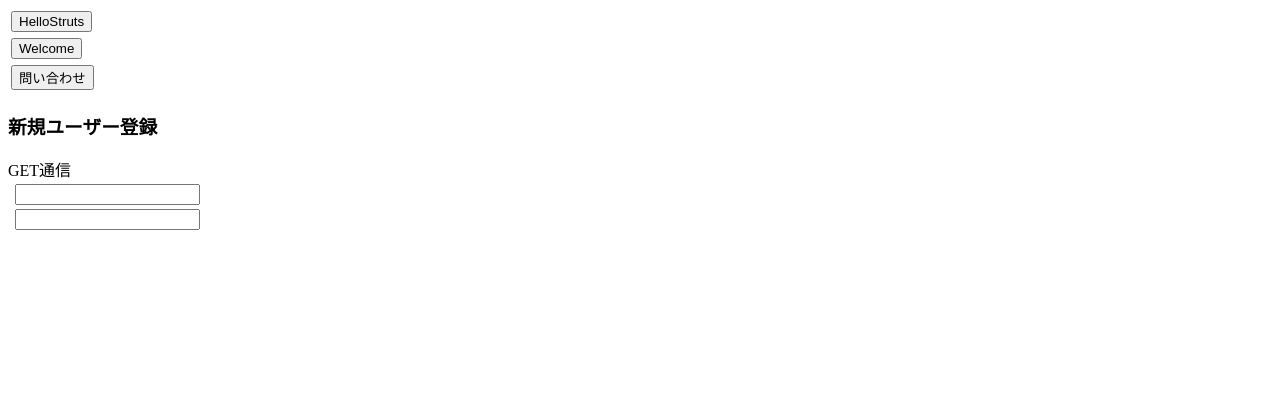
Repository: kazutoshiyamamoto0909/test
Page: http://localhost/WebProj2/
The author's editor kept a copy of each file at every save. The page is drawn from the files as they stood at one save, then again after the next save.
The browser window is 1280 px wide. The pictures show the whole page.
The page is served by Tomcat 9. Other server files are loaded and not shown.

Above is the page before, as saved 2018-08-31 02:41:25.

### WebProj2/WebContent/index.jsp
<%@ page language="java" contentType="text/html; charset=UTF-8"
	pageEncoding="UTF-8"%>
<%@ taglib prefix="s" uri="/struts-tags"%>
<!DOCTYPE html>
<html>
<head>
<meta charset="utf-8">
<title>INDEX</title>
</head>
<body>

	<s:form action="HelloStrutsAction">
		<s:submit value="HelloStruts" />
	</s:form>

	<s:form action="WelcomeAction">
		<s:submit value="Welcome" />
	</s:form>

	<s:form action="InquiryAction">
		<s:submit value="問い合わせ" />
	</s:form>

	<h3>新規ユーザー登録</h3>

	GET通信
	<s:form method="get" action="TestAction">
	<s:textfield name="username"/>
	<s:password name="password"/>

	</s:form>

</body>
</html>

After the next save:
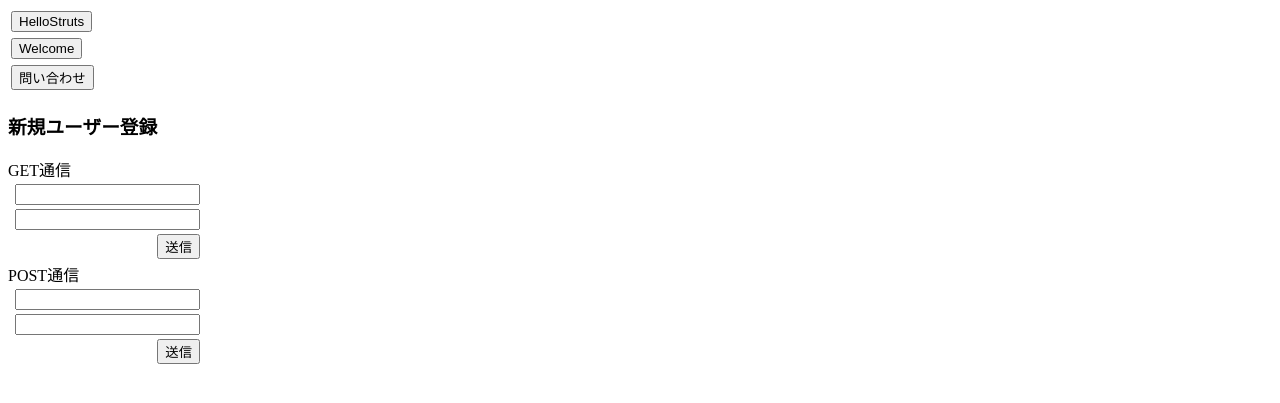
Saved 3 min 35 s later.
--- a/WebProj2/WebContent/index.jsp
+++ b/WebProj2/WebContent/index.jsp
@@ -27,7 +27,14 @@
 	<s:form method="get" action="TestAction">
 	<s:textfield name="username"/>
 	<s:password name="password"/>
+	<s:submit value="送信"/>
+	</s:form>
 
+	POST通信
+	<s:form method="post" action="TestAction">
+	<s:textfield name="username"/>
+	<s:password name="password"/>
+	<s:submit value="送信"/>
 	</s:form>
 
 </body>
